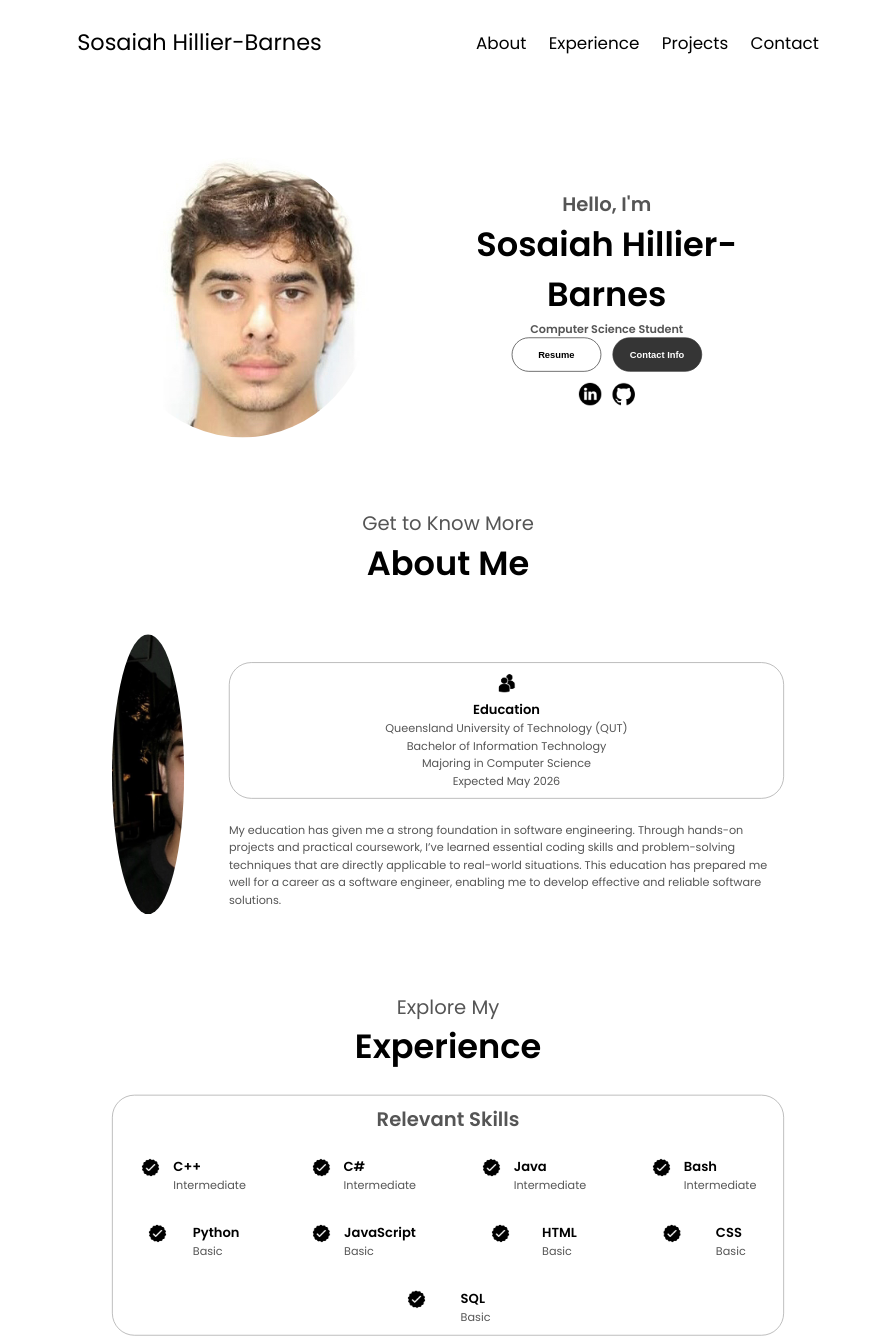
Repository: Hillier-Barnes/PortfolioWebsite
Page: index.html
The author's editor kept a copy of each file at every save. The page is drawn from the files as they stood at one save, then again after a run of saves.
The browser window is 1280 px wide. The pictures show the part of the page from y = 0 to 1920 px (the page is 3463 px tall), at 70% of full size.

Above is the page before, as saved 2025-03-29 00:31:01.

### index.html
<!DOCTYPE html>
<html lang="en">
<head>
    <meta charset="UTF-8">
    <meta name="viewport" content="width=device-width, initial-scale=1.0">
    <title>My Portfolio</title>
    <link rel="stylesheet" href="style.css" />
    <link rel="stylesheet" href="mediaqueries.css" />
</head>
<body>
    <nav id="desktop-nav">
        <div class="logo">Sosaiah Hillier-Barnes</div>
        <div>
            <ul class="nav-links">
                <li><a href="#about">About</a></li>
                <li><a href="#experience">Experience</a></li>
                <li><a href="#projects">Projects</a></li>
                <li><a href="#contact">Contact</a></li>
            </ul>
        </div>
    </nav>
    <nav id="hamburger-nav">
        <div class="logo">Sosaiah HB </div>
        <div class="hamburger-menu">
            <div class="hamburger-icon" onclick="toggleMenu()">
                <span></span>
                <span></span>
                <span></span>
            </div>
            <div class="menu-links">
                <li><a href="#about" onclick="toggleMenu()">About</a></li>
                <li><a href="#experience" onclick="toggleMenu()">Experience</a></li>
                <li><a href="#projects" onclick="toggleMenu()">Projects</a></li>
                <li><a href="#contact" onclick="toggleMenu()">Contact</a></li>
            </div>
        </div>
    </nav>
    <section id="profile">
        <div class="section__pic-container">
            <img src="./assets/profile-pic.png" alt="Sosaiah Hillier-Barnes profile-pic">
        </div>
        <div class="section__text">
            <p class="section__text__p1">Hello, I'm</p>
            <h1 class="title">Sosaiah Hillier-Barnes</h1>
            <p class="section__text__p2">Computer Science Student</p>
            <div class="btn-container">
                <button
                class="btn btn-color-2"
                onclick="window.open('./assets/resume-compsci.pdf')"
                >
                Resume
                <button
                class="btn btn-color-1"
                onclick="location.href='./#contact'">
                Contact Info
            </button>
            </div>
            <div id="socials-container">
                <img
                src="./assets/linkedin.png"
                alt="My LinkedIn Profile"
                class="icon"
                onclick="location.href='https://www.linkedin.com/in/sosaiah-hillier-barnes-0b9333321/'"
                />
                <img
                src="./assets/github.png"
                alt="My GitHub Profile"
                class="icon"
                onclick="location.href='https://github.com/Hillier-Barnes'"
                />
            </div>
        </div>
    </section>
    <section id="about">
        <p class="section__text__p1">Get to Know More</p>
        <h1 class="title">About Me</h1>
        <div class="section-container">
            <div class="section__pic-container">
                <img
                src="./assets/about-pic.png"
                alt="Profile picture"
                class="about-pic"
                />
            </div>
            <div class="about-details-container">
                <div class="about-containers">
                    <div class="details-container">
                        <img
                        src="./assets/education.png"
                        alt="Experience icon"
                        class="icon"
                        />
                        <h3>Education</h3>
                        <p>Queensland University of Technology (QUT)
                            <br /> Bachelor of Information Technology
                            <br /> Majoring in Computer Science
                            <br /> Expected May 2026
                        </p>
                    </div>
                </div>
                <div class="text-container">
                    <p>
                        My education has given me a strong foundation in
                        software engineering. Through hands-on projects and
                        practical coursework, I’ve learned essential coding
                        skills and problem-solving techniques that are
                        directly applicable to real-world situations. This
                        education has prepared me well for a career as a
                        software engineer, enabling me to develop effective
                        and reliable software solutions.
                    </p>
                </div>
            </div>
        </div>
    </section>
    <section id="experience">
        <p class="section__text__p1">Explore My</p>
        <h1 class="title">Experience</h1>
        <div class="experience-details-container">
            <div class="about-containers">
                <div class="details-container">
                    <h2 class="experience-sub-title">Relevant Skills</h2>
                        <div class="article-container">
                        <article>
                            <img
                            src="./assets/checkmark.png"
                            alt="Experience icon"
                            class="icon"
                            />
                            <div>
                                <h3>C++</h3>
                                <p>Intermediate</p>
                            </div>
                        </article>
                        <article>
                            <img
                            src="./assets/checkmark.png"
                            alt="Experience icon"
                            class="icon"
                            />
                            <div>
                                <h3>C#</h3>
                                <p>Intermediate</p>
                            </div>
                        </article>
                        <article>
                            <img
                            src="./assets/checkmark.png"
                            alt="Experience icon"
                            class="icon"
                            />
                            <div>
                                <h3>Java</h3>
                                <p>Intermediate</p>
                            </div>
                        </article>
                        <article>
                            <img
                            src="./assets/checkmark.png"
                            alt="Experience icon"
                            class="icon"
                            />
                            <div>
                                <h3>Bash</h3>
                                <p>Intermediate</p>
                            </div>
                        </article>
                        </article>
                        <article>
                            <img
                            src="./assets/checkmark.png"
                            alt="Experience icon"
                            class="icon"
                            />
                            <div>
                                <h3>Python</h3>
                                <p>Basic</p>
                            </div>
                        </article>
                        <article>
                            <img
                            src="./assets/checkmark.png"
                            alt="Experience icon"
                            class="icon"
                            />
                            <div>
                                <h3>JavaScript</h3>
                                <p>Basic</p>
                            </div>
                        </article>
                        <article>
                            <img
                            src="./assets/checkmark.png"
                            alt="Experience icon"
                            class="icon"
                            />
                            <div>
                                <h3>HTML</h3>
                                <p>Basic</p>
                            </div>
                        </article>
                        <article>
                            <img
                            src="./assets/checkmark.png"
                            alt="Experience icon"
                            class="icon"
                            />
                            <div>
                                <h3>CSS</h3>
                                <p>Basic</p>
                            </div>
                        </article>
                        <article>
                            <img
                            src="./assets/checkmark.png"
                            alt="Experience icon"
                            class="icon"
                            />
                            <div>
                                <h3>SQL</h3>
                                <p>Basic</p>
                            </div>
                        </article>
                        </div>
                    </div>
                </div>
            </div>
        </div>
    </section>
    <section id="projects">
        <p class="section__text__p1">Browse My Recent</p>
        <h1 class="title">Projects</h1>
        <div class="experience-details-container">
            <div class="about-containers">
                <div class="details-container color-container">
                    <div class="article-container">
                        <img
                        src="./assets/project-1.png"
                        alt="Raycaster"
                        class="project-img"
                        />
                    </div>
                    <h2 class="experience-sub-title project-title">Raycaster</h2>
                    <div class="btn-container">
                        <button
                        class="btn btn-color-2 project-btn"
                        onclick="location.href='https://github.com/'"
                        >
                            Github
                        </button>
                        <button
                        class="btn btn-color-2 project-btn"
                        onclick="location.href='https://github.com/'"
                        >
                            Live Demo
                        </button>
                    </div>
                </div>
                <div class="details-container color-container">
                    <div class="article-container">
                        <img
                        src="./assets/project-2.png"
                        alt="AWS Project - YourTube"
                        class="project-img"
                        />
                    </div>
                    <h2 class="experience-sub-title project-title">AWS Project</h2>
                    <div class="btn-container">
                        <button
                        class="btn btn-color-2 project-btn"
                        onclick="location.href='https://github.com/'"
                        >
                            Github
                        </button>
                        <button
                        class="btn btn-color-2 project-btn"
                        onclick="location.href='https://github.com/'"
                        >
                            Live Demo
                        </button>
                    </div>
                </div>
                <div class="details-container color-container">
                    <div class="article-container">
                        <img
                        src="./assets/project-3.png"
                        alt="Capstone Project"
                        class="project-img"
                        />
                    </div>
                    <h2 class="experience-sub-title project-title">Personal Project</h2>
                    <div class="btn-container">
                        <button
                        class="btn btn-color-2 project-btn"
                        onclick="location.href='https://github.com/'"
                        >
                            Github
                        </button>
                        <button
                        class="btn btn-color-2 project-btn"
                        onclick="location.href='https://github.com/'"
                        >
                            Live Demo
                        </button>
                    </div>
                </div>
            </div>
        </div>
    </section>
    <section id="contact">
        <p class="section__text__p1">Get in Touch</p>
        <h1 class="title">Contact Me</h1>
        <div class="contact-info-upper-container">
            <div class="contact-info-container">
                <img
                src="./assets/email.png"
                alt="Email icom"
                class="icon contact-icon email-icon"
                />
                <p><a href="mailto:sosaiah@outlook.com">sosaiah@outlook.com</a></p>
            </div>
            <div class="contact-info-container">
                <img
                src="./assets/linkedin.png"
                alt="Email icom"
                class="icon contact-icon"
                />
                <p><a href="https://linkedin.com">LinkedIn</a></p>
            </div>
        </div>
    </section>
    <footer>
        <nav>
            <div class="nav-links-contaienr">
                <ul class="nav-links">
                    <li><a href="#about">About</a></li>
                    <li><a href="#experience">Experience</a></li>
                    <li><a href="#projects">Projects</a></li>
                    <li><a href="#contact">Contact</a></li>
                </ul>
            </div>
        </nav>
        <p>Copyright &#169; 2024 Sosaiah Hillier-Barnes. All Rights Reserved.</p>
    </footer>
    <script src="script.js"></script>
</body>
</html>

### style.css
/* GENERAL STYLING */

@import url('https://fonts.googleapis.com/css2?family=Poppins:wght@300;400;500;600&display=swap');


* {
    margin: 0;
    padding: 0;
}

body {
    font-family: "Poppins", sans-serif;
}

html {
    scroll-behavior: smooth;
    scroll-snap-type: y mandatory;
}

p {
    color: rgb(85, 85, 85);
}

/* TRANSITION */
a, .btn {
    transition: all 300ms ease;
}

/* DESKTOP NAV */

nav,
.nav-links {
    display: flex;
}

nav {
    justify-content: space-around;
    align-items: center;
    height: 17vh;
}

.nav-links {
    gap: 2rem;
    list-style: none;
    font-size: 1.5rem;
}

a {
    color: black;
    text-decoration: none;
    text-decoration-color: white;
}

a:hover {
    color: grey;
    text-decoration: underline;
    text-decoration-color: rgb(181, 181, 181);
}

.logo {
    font-size: 2rem;
}
.logo:hover {
    cursor: default;
}

/* HAMBURGER MENU */

#hamburger-nav {
    display: none;
}

.hamburger-menu {
    position: relative;
    display: inline-block;
}

.hamburger-icon {
    display: flex;
    flex-direction: column;
    justify-content: space-between;
    height: 24px;
    width: 30px;
    cursor: pointer;
}

.hamburger-icon span {
    width: 100%;
    height: 2px;
    background-color: black;
    transition: all 0.3 ease-in-out;
}

.menu-links {
    position: absolute;
    top: 100%;
    right: 0;
    background-color: white;
    width: fit-content;
    max-height: 0;
    overflow: hidden;
    transition: all 0.3 ease-in-out;
}

.menu-links a {
    display: block;
    padding: 10px;
    text-align: center;
    font-size: 1.5rem;
    color: black;
    text-decoration: none;
    transition: all 0.3 ease-in-out;
}

.menu-links li {
    list-style: none;
}

.menu-links.open {
    max-height: 300px;
}

.hamburger-icon.open span:first-child {
    transform: rotate(45deg) translate(10px, 5px);
}

.hamburger-icon.open span:nth-child(2) {
    opacity: 0;
}

.hamburger-icon.open span:last-child {
    transform: rotate(-45deg) translate(10px, -5px);
}

.hamburger-icon span:first-child {
    transform: none;
}

.hamburger-icon span:first-child {
    opacity: 1;
}

.hamburger-icon span:first-child {
    transform: none;
}

/* SECTIONS */

section {
    padding-top: 4vh;
    height: 96vh;
    margin: 0 10rem;
    box-sizing: border-box;
    min-height: fit-content;
    scroll-snap-align: start;
}

.section-container {
    display: flex;
}

/* PROFILE SECTION */

#profile {
    display: flex;
    justify-content: center;
    gap: 5rem;
    height: 80vh;
    scroll-margin-top: 17vh;
}

.section__pic-container {
    display: flex;
    height: 500px;
    width: 500px;
    margin: auto 0;
    border-radius: 50%;
    overflow: hidden;
}

.section__text {
    align-self: center;
    text-align: center;
}

.section__text p {
    font-weight: 600;
}

.section__text__p1 {
    text-align: center;
}

.section__text__p1 {
    font-size: 1.75rem;
    margin-bottom: center;
}

.title {
    font-size: 3rem;
    text-align: center;
}

#socials-container {
    display: flex;
    justify-content: center;
    margin-top: 1rem;
    gap: 1rem;
}

/* ICONS */

.icon {
    cursor: pointer;
    height: 2rem;
}

/* BUTTONS */

.btn-container {
    display: flex;
    justify-content: center;
    gap: 1rem;
}

.btn {
    font-weight: 600;
    transition: all 300ms ease;
    padding: 1rem;
    width: 8rem;
    border-radius: 2rem;
}

.btn-color-1, .btn-color-2 {
    border: rgb(53, 53, 53) 0.1rem solid;
}

.btn-color-1:hover, .btn-color-2:hover {
    cursor: pointer;
}

.btn-color-1, .btn-color-2:hover {
    background: rgb(53, 53, 53);
    color: white;
}

.btn-color-1:hover {
    background: rgb(0, 0, 0);
}

.btn-color-2 {
    background: none;
}

.btn-color-2:hover {
    border: rgb(255, 255, 255) 0.1rem solid;
}

.btn-container {
    gap: 1rem;
}

/* ABOUT SECTION */

#about {
    position: relative;
}

.about-containers {
    gap: 2rem;
    margin-top: 2rem;
    margin-bottom: 2rem;
}

.about-details-container {
    justify-content: center;
    flex-direction: column;
}

.about-containers, .about-details-container {
    display: flex;
}

.about-pic {
    border-radius: 2rem;
}

.details-container {
    padding: 0.8rem;
    flex: 1;
    background: white;
    border-radius: 2rem;
    border: rgb(53, 53, 53) 0.1rem solid;
    border-color: rgb(163, 163, 163);
    text-align: center;
}

.section-container {
    display: flex;
    gap: 4rem;
    height: 80%;
}

.section__pic-container {
    display: flex;
    height: 400px;
    width: 400px;
    margin: auto 0;
}

/* EXPERIENCE SECTION */

#experience {
    position: relative;
}

.experience-sub-title {
    color: rgb(85, 85, 85);
    font-weight: 600;
    font-size: 1.75rem;
    margin-bottom: 2rem;
}

.experience-details-container {
    display: flex;
    justify-content: center;
    flex-direction: column;
}

.article-container {
    display: flex;
    text-align: initial;
    flex-wrap: wrap;
    flex-direction: row;
    gap: 2.5rem;
    justify-content: space-around;
}

article {
    display: flex;
    width: 10rem;
    justify-content: space-around;
    gap: 0.5rem;
}

article .icon {
    cursor: default;
}

/* PROJECTS SECTION */

#projects {
    position: relative;
}

.color-container {
    border-color: rgb(163, 163, 163);
    background: rgb(250, 250, 250);
}

.project-img {
    border-radius: 2rem;
    width: 90%;
    height: 90%;
}

.project-title {
    margin: 1rem;
    color: black;
}

.project.btn {
    color: black;
    border-color: rgb(163, 163, 163);
}

/* CONTACT SECTION */

#contact {
    display: flex;
    justify-content: center;
    flex-direction: column;
    height: 70vh;
}

.contact-info-upper-container {
    display: flex;
    justify-content: center;
    border-radius: 2rem;
    border: rgb(53, 53, 53) 0.1rem solid;
    border-color: rgb(163, 163, 163);
    background: rgb(250, 250, 250);
    margin: auto;
    padding: 0.5rem;
}

.contact-info-container {
    display: flex;
    align-items: center;
    justify-content: center;
    gap: 0.54rem;
    margin: 1rem;
}

.contact-info-container p {
    font-size: larger;
}

.contact-icon {
    cursor: default;
}

.email-icon {
    height: 2.5rem;
}

/* FOOTER SECTION */

footer {
    height: 26vh;
    margin: 0 1rem;
}

footer p {
    text-align: center;
}

### mediaqueries.css
@media screen and (max-width: 1400) {
    #profile {
        height: 83vh;
        margin-bottom: 6rem;
    }
    .about-containers {
        flex-wrap: wrap;
    }
}

@media screen and (max-width: 1200px) {
    html {
        scroll-behavior: smooth;
        scroll-snap-type: none;
    }
    #desktop-nav {
        display: none;
    }
    #hamburger-nav {
        display: flex;
    }
    #experience, .experience-details-container {
        margin-top: 2rem;
    }
    #profile, .section-container {
        display: block;
    }
    section, .section-container {
        height: fit-content;
    }
    section {
        margin: 0 5%;
    }
    .section__pic-container {
        width: 275px;
        height: 275px;
        margin: 0 auto 2rem;
    }
    .about-containers {
        margin-top: 0;
    }
}

@media screen and (max-width: 600px) {
    #contact, footer {
        height: 40vh;
    }
    #profile {
        height: 83vh;
        margin-bottom: 0;
    }
    article {
        font-size: 1rem;
    }
    footer nav {
        height: fit-content;
        margin-bottom: 2rem;
    }
    .about-containers, .contact-info-upper-container,
    .btn-container {
        flex-wrap: wrap;
    }
    .contact-info-container p, .nav-links li a {
        font-size: 1rem;
    }
    .experience-sub-title {
        font-size: 1.25rem;
    }
    .logo {
        font-size: 1.5rem;
    }
    .nav-links {
        flex-direction: column;
        gap: 0.5rem;
        text-align: center;
    }
    .section__text__p2 {
        font-size: 1.25rem;
    }
    .title {
        font-size: 2rem;
    }
    .text-container {
        text-align: justify;
    }
}

Loaded but not shown: script.js (common file)

After the next 4 saves:
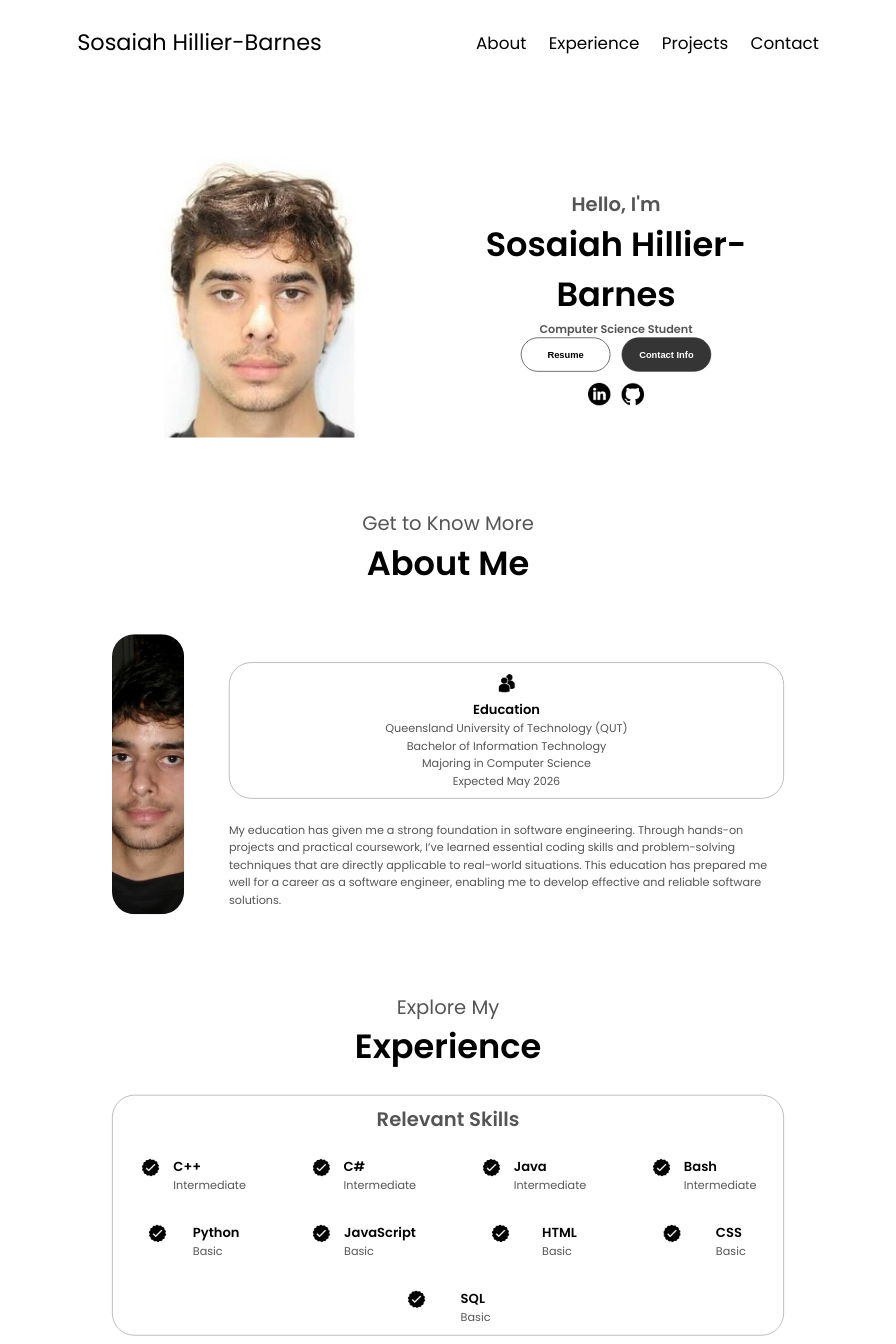
The 4 saves are shown as one change because they came seconds apart.
The last was saved 20 s later.
--- a/style.css
+++ b/style.css
@@ -174,9 +174,14 @@
     height: 500px;
     width: 500px;
     margin: auto 0;
-    border-radius: 50%;
-    overflow: hidden;
-}
+}
+
+.about-pic {
+    width: 100%;
+    height: 100%;
+    object-fit: cover;
+}
+
 
 .section__text {
     align-self: center;
